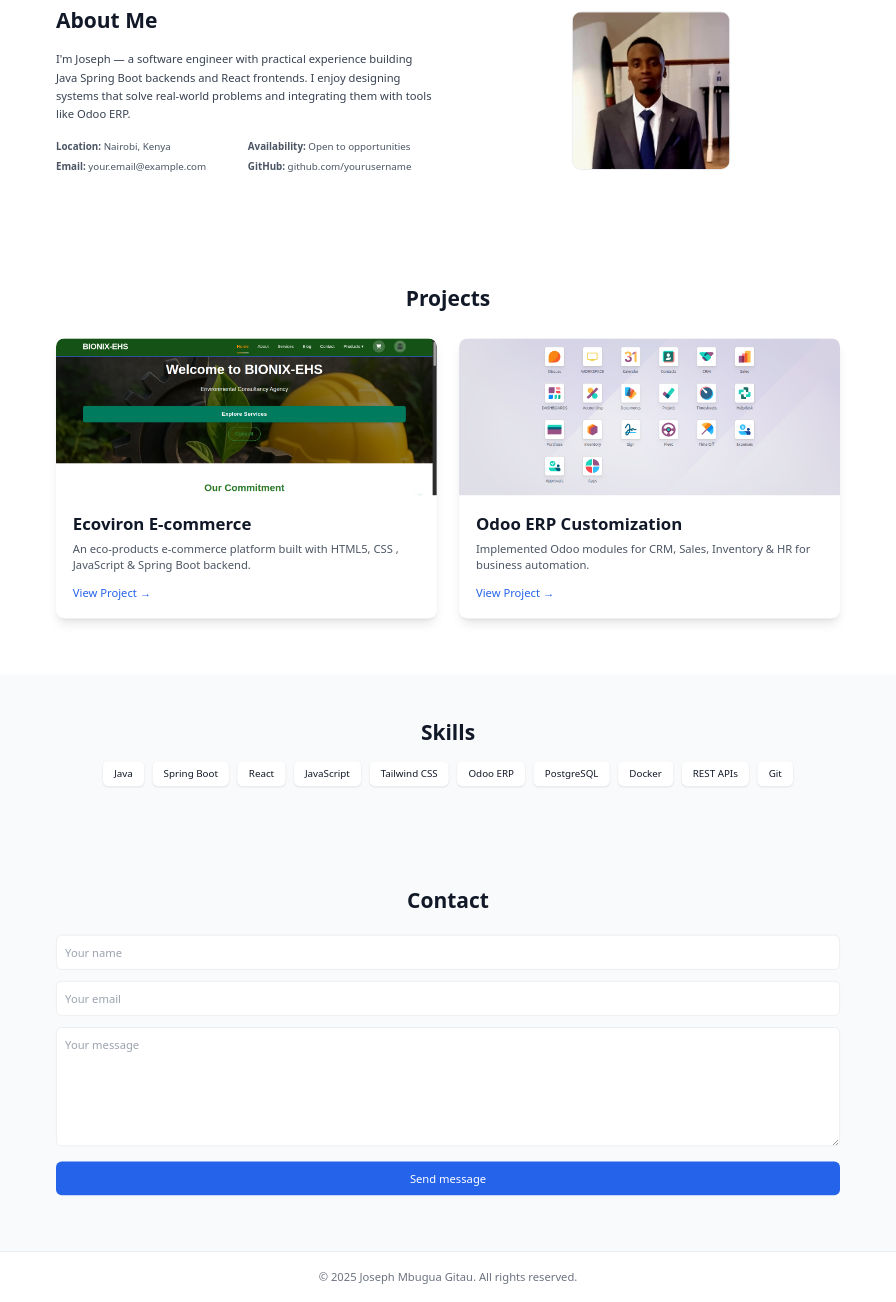
Repository: mbuguag/Portfolio
Page: /
These files come from the project's save history. The page is drawn as it stood at one moment and after the next save; the edit follows.
The browser window is 1280 px wide. The pictures show the part of the page from y = 789 to 2709 px (the page is 2649 px tall before and 2709 px after), at 70% of full size.
The project was rebuilt for these pictures with package versions that can differ from the ones it lists, and the page was loaded fresh each time. Also part of the build but not shown: vite.config.js.

Above is the page before, as saved 2025-10-24 10:35:34.

After the next save:
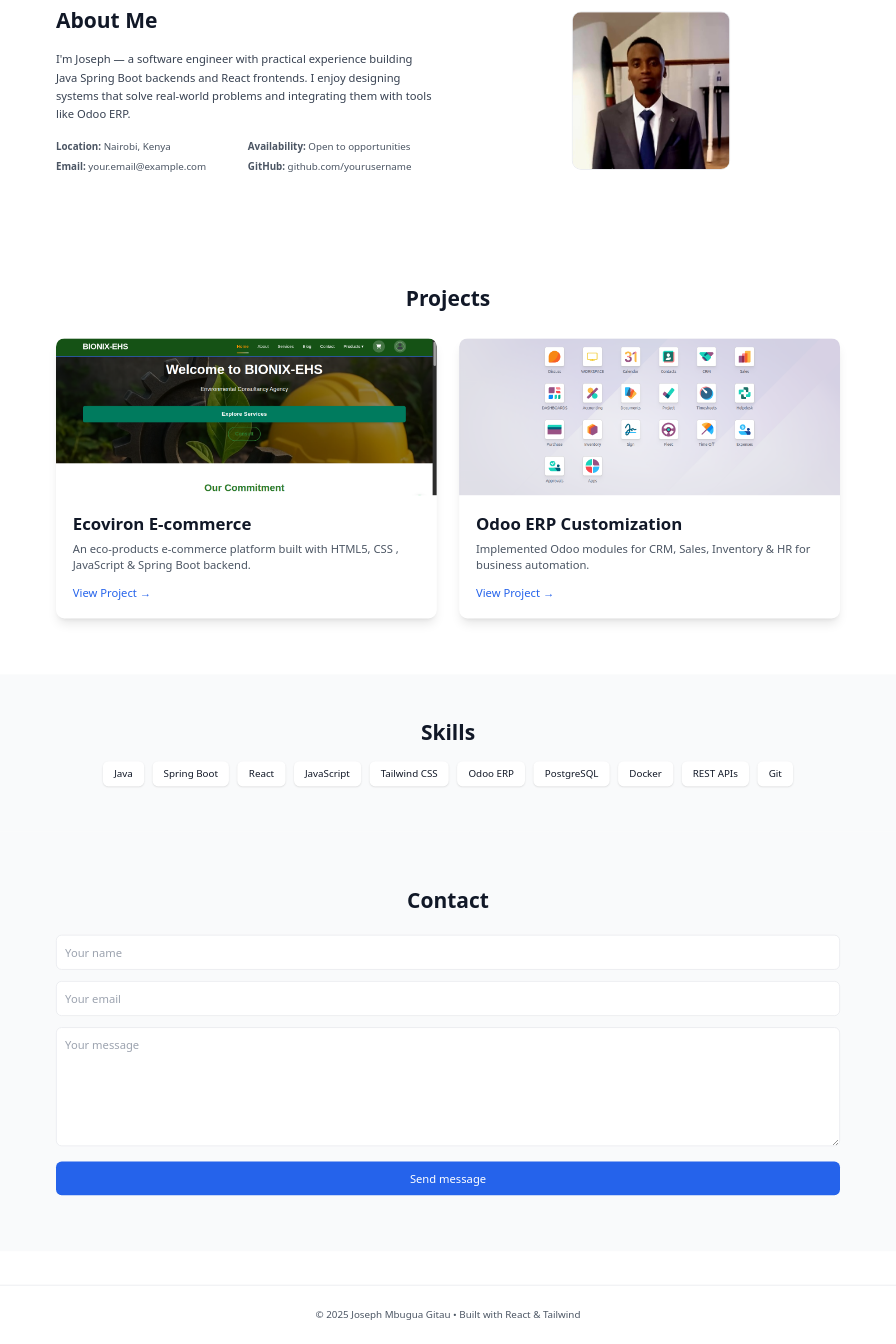
Saved 13 s later.
--- a/src/components/Footer/Footer.jsx
+++ b/src/components/Footer/Footer.jsx
@@ -1,7 +1,11 @@
+import React from "react";
+
 export default function Footer() {
   return (
-    <footer className="py-6 text-center text-gray-500 dark:text-gray-400 border-t border-gray-200 dark:border-gray-700">
-      © {new Date().getFullYear()} Joseph Mbugua Gitau. All rights reserved.
+    <footer className="py-8 border-t border-gray-200 dark:border-gray-800 mt-12">
+      <div className="container text-center text-sm text-gray-600 dark:text-gray-400">
+        © {new Date().getFullYear()} Joseph Mbugua Gitau • Built with React & Tailwind
+      </div>
     </footer>
   );
 }
